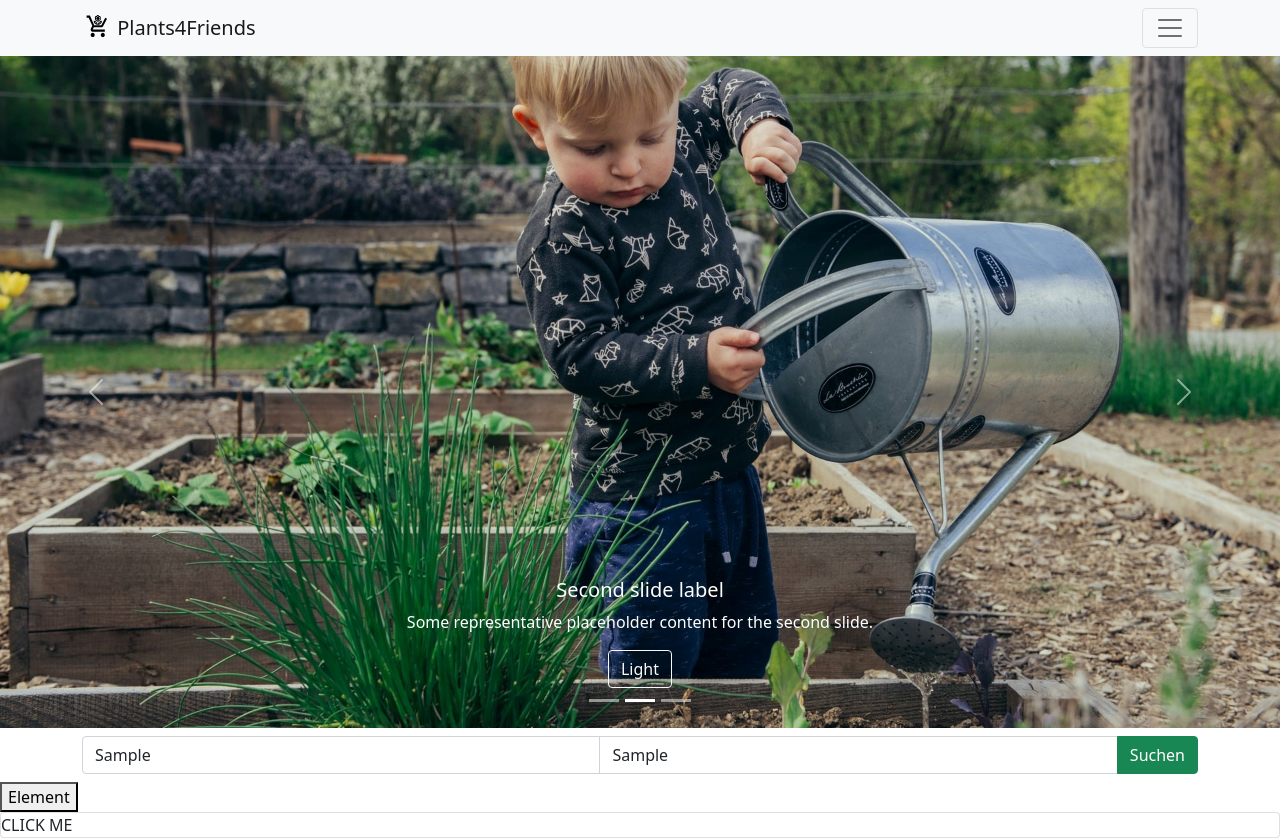
Repository: Carlson43/PlantsForFriends
Page: Website/index.html
These files come from the project's save history. The page is drawn as it stood at one moment and after the next save; the edit follows.
The browser window is 1280 px wide. The pictures show the whole page.
Empty fields were first filled with sample values (such as "Sample", 5 or name@example.com).
After loading, the first visible `button[onclick="addElement();"]` was clicked once.

Above is the page before, as saved 2022-01-03 21:40:27.
Console error: TypeError: Cannot read properties of null (reading 'style')

### Website/index.html
<!doctype html>
<html lang="en">
  <head>
      <!-- Required meta tags -->
      <meta charset="utf-8">
      <meta name="viewport" content="width=device-width, initial-scale=1">

      <!-- Referencing Backend -->
      <script src="https://code.jquery.com/jquery-3.6.0.js"> </script>
      <script src="./Backend.js"> </script>

      <!-- Bootstrap CSS -->
      <link href="https://cdn.jsdelivr.net/npm/bootstrap@5.1.3/dist/css/bootstrap.min.css" rel="stylesheet" integrity="sha384-1BmE4kWBq78iYhFldvKuhfTAU6auU8tT94WrHftjDbrCEXSU1oBoqyl2QvZ6jIW3" crossorigin="anonymous">

      <!-- Custom Carousel CSS -->
      <style>
        .img-responsive {
        max-width: 100%; /* or to whatever you want here */
        max-height: auto; /* or to whatever you want here */
      }
      </style>

    <title>Welcome @ Plants4Friends</title>
  </head>

  <body>
    <!-- Navbar -->
    <nav class="navbar navbar-light bg-light">
        <div class="container fluid">
            <!-- Navabr Logo and Brandname -->
            <a class="navbar-brand" href="#">
                <img src="./Design-Ressourcen/logo.svg" alt="" width="30" height="24" class="d-inline-block align-text-top">
                Plants4Friends
            </a>
            <!-- Toggler for Expandsion -->
            <button class="navbar-toggler" type="button" data-bs-toggle="collapse" data-bs-target="#navbarNav" aria-controls="navbarNav" aria-expanded="false" aria-label="Toggle navigation">
                <span class="navbar-toggler-icon"></span>
            </button>
            <!-- Navigation Links -->
            <div class="collapse navbar-collapse" id="navbarNav">
                <div class="navbar-nav">
                    <a class="nav-link active" aria-current="page" href="#">Home</a>
                    <a class="nav-link" href="./create.html">Anzeige erstellen</a>
                    <a class="nav-link" href="./map.html">Karte</a>
                    <a class="nav-link disabled">Disabled</a>
                </div>
            </div>
        </div>
    </nav>

    <!-- Carousel -->
    <div id="carouselExampleCaptions" class="carousel slide" data-bs-ride="carousel">
        <div class="carousel-indicators">
          <button type="button" data-bs-target="#carouselExampleCaptions" data-bs-slide-to="0" class="active" aria-current="true" aria-label="Slide 1"></button>
          <button type="button" data-bs-target="#carouselExampleCaptions" data-bs-slide-to="1" aria-label="Slide 2"></button>
          <button type="button" data-bs-target="#carouselExampleCaptions" data-bs-slide-to="2" aria-label="Slide 3"></button>
        </div>
        <div class="carousel-inner">
          <div class="carousel-item active">
            <img src="./Design-Ressourcen/Bilder/carousel02-cut.jpg" class="img-responsive" alt="...">
            <div class="carousel-caption d-none d-sm-block">
                <h5>First slide label</h5>
                <p>Some representative placeholder content for the first slide.</p>
                <button type="button" class="btn btn-primary">Primary</button>
            </div>
          </div>
          <div class="carousel-item">
            <img src="./Design-Ressourcen/Bilder/carousel03-cut.jpg" class="d-block w-100" alt="...">
            <div class="carousel-caption d-none d-sm-block">
                <h5>Second slide label</h5>
                <p>Some representative placeholder content for the second slide.</p>
                <button type="button" class="btn btn-outline-light">Light</button>
            </div>
          </div>
          <div class="carousel-item">
            <img src="./Design-Ressourcen/Bilder/carousel04-cut.jpg" class="d-block w-100" alt="...">
            <div class="carousel-caption d-none d-sm-block">
                <h5>Third slide label</h5>
                <p>Some representative placeholder content for the third slide.</p>
                <button type="button" class="btn btn-light">Light</button>
            </div>
          </div>
        </div>
        <button class="carousel-control-prev" type="button" data-bs-target="#carouselExampleCaptions" data-bs-slide="prev">
          <span class="carousel-control-prev-icon" aria-hidden="true"></span>
          <span class="visually-hidden">Previous</span>
        </button>
        <button class="carousel-control-next" type="button" data-bs-target="#carouselExampleCaptions" data-bs-slide="next">
          <span class="carousel-control-next-icon" aria-hidden="true"></span>
          <span class="visually-hidden">Next</span>
        </button>
    </div>

    <div>
      <h4></h4>
    </div>

    <!-- Input / Search Group -->
      <div class="container-md">
        <div class="input-group">
          <input type="text" placeholder="Suchbegriff eingeben" aria-label="search_term" id="search_term" class="form-control">
          <input type="text" placeholder="Ort" aria-label="search_loc" id="search_loc" class="form-control">
          <button onclick= "search_and_display();" class="btn btn-success" type="button" id="search_btn">Suchen</button>
        </div>
    </div>

    <div>
      <h1></h1>
    </div>

    <!-- Container Layout Demo -->
    <!-- <div class="container-md">
        <div class="row">
          <div class="col"> -->
                <!-- Card Anzeige -->
                <!-- <div class="card" style="width: 18rem;">
                    <img src="./Design-Ressourcen/Bilder/carrots.jpg" class="card-img-top" alt="...">
                    <div class="card-body">
                    <h5 class="card-title">Card title</h5>
                    <h6 class="card-subtitle mb-2 text-muted">Card subtitle</h6>
                    <ul class="list-group list-group-flush">
                      <li class="list-group-item">Adress</li>
                      <li class="list-group-item">Cost / Pricing</li>
                    </ul>
                    <p class="card-text">Some quick example text to build on the card title and make up the bulk of the card's content.</p>
                    <a href="#" class="btn btn-primary">Go somewhere</a>
                    </div>
                </div>
          </div>
          <div class="col"> -->
            <!-- Card Anzeige -->
            <!-- <div class="card" style="width: 18rem;">
                <img src="./Design-Ressourcen/Bilder/hand-saplings.jpg" class="card-img-top" alt="...">
                <div class="card-body">
                <h5 class="card-title" id="heading1">Card title</h5>
                <ul class="list-group list-group-flush">
                  <li class="list-group-item">Adress</li>
                  <li class="list-group-item">Cost / Pricing</li>
                </ul>
                <p class="card-text">Some quick example text to build on the card title and make up the bulk of the card's content.</p>
                <a href="#" class="btn btn-primary">Go somewhere</a>
                </div>
            </div>
          </div>
          <div class="col"> -->
            <!-- Card Anzeige -->
            <!-- <div class="card" style="width: 18rem;">
                <img src="./Design-Ressourcen/Bilder/mangold.jpg" class="card-img-top" alt="...">
                <div class="card-body">
                <h5 class="card-title">Card title</h5>
                <h6 class="card-subtitle mb-2 text-muted">Card subtitle</h6>
                <p class="card-text">Some quick example text to build on the card title and make up the bulk of the card's content.</p>
                <a href="#" class="btn btn-primary">Go somewhere</a>
                </div>
            </div>
          </div>
        </div>
    </div> -->

    <div>
      <button onclick="addElement();"> Element</button>
    </div>


    <!--Bootstrap JS-->
    <script src="https://cdn.jsdelivr.net/npm/bootstrap@5.1.3/dist/js/bootstrap.bundle.min.js" integrity="sha384-ka7Sk0Gln4gmtz2MlQnikT1wXgYsOg+OMhuP+IlRH9sENBO0LRn5q+8nbTov4+1p" crossorigin="anonymous"></script>

  </body>

<script>

</script>

</html>

### Website/Backend.js
function add()
{
    var jsonstring=  '{"Pflanze":"'+$("#jsonstring").val()+'"}';
    console.log("add"+ jsonstring);
    $.get("https://webtechlecture.appspot.com/cloudstore/add?owner=s201655&token=dMinmYeldeDsBbu0iiEIPGTPws0_&jsonstring="+encodeURI(jsonstring),function(response)
    {
    console.log(response);
    });
}

function listAllData()
{
    var jsonstring=$("#jsonstring").val();
    console.log("Hi!");
    $.get("https://webtechlecture.appspot.com/cloudstore/listobjects?owner=s201655&token=dMinmYeldeDsBbu0iiEIPGTPws0_",function(response)
    {
    console.log(response);
    });
}

function del()
{
    var jsonstring=$("#jsonstring").val();
    console.log("Del");
    $.get("https://webtechlecture.appspot.com/cloudstore/del?owner=s201655&token=dMinmYeldeDsBbu0iiEIPGTPws0_&key=1640178157404",function(response)
    {
    console.log(response);
    });
}

function addAll()
{

    var jsonstring=

    '{"Titel":"'+$("#Ad_heading").val()+'",'+
    '"Pflanzenart":"'+$("#Ad_species").val()+'",'+
    '"Beschreibung":"'+$("#Ad_description").val()+'",'+
    '"Email":"'+$("#Ad_email").val()+

    '"}';
    console.log("add"+ jsonstring);
    $.get("https://webtechlecture.appspot.com/cloudstore/add?owner=s201655&token=dMinmYeldeDsBbu0iiEIPGTPws0_&jsonstring="+encodeURI(jsonstring),function(response)
    {
    console.log(response);
    });
}

function spec()
{
    var specvar =
    $.get('https://webtechlecture.appspot.com/cloudstore/ ?owner=s201655&token=dMinmYeldeDsBbu0iiEIPGTPws0_&jsonstring={"Pflanzen":"Lillie"}',function(response)
    {
    console.log(response);
    });
}

function search()
{
    var nam = String($("#search_term").val())
    var dat = []
    var data = []
    $.get("https://webtechlecture.appspot.com/cloudstore/listobjects?owner=s201655&token=dMinmYeldeDsBbu0iiEIPGTPws0_",function(response)
    {
        for (var i = 0; i < response.length; i++)
        data.push(response[i]);

        for (var i = 0; i < data.length; i++)
        {
            if (data[i].jsonstring.Pflanze == nam)
            {
                // console.log(data[i].jsonstring);
                dat.push(data[i].jsonstring);
            }

            else if(data[i].jsonstring.Name == nam)
            {
                // console.log(data[i].jsonstring);
                dat.push(data[i].jsonstring);
            }

            else if(data[i].jsonstring.Nachname == nam)
            {
                // console.log(data[i].jsonstring);
                dat.push(data[i].jsonstring);
            }

            else if(data[i].jsonstring.Straße == nam)
            {
                // console.log(data[i].jsonstring);
                dat.push(data[i].jsonstring);
            }
            else if(data[i].jsonstring.Titel == nam)
            {
                // console.log(data[i].jsonstring);
                dat.push(data[i].jsonstring);
            }
        };
    });
};

function search_and_display()
{
    var nam = String($("#search_term").val())
    var dat = []
    var data = []
    $.get("https://webtechlecture.appspot.com/cloudstore/listobjects?owner=s201655&token=dMinmYeldeDsBbu0iiEIPGTPws0_",function(response)
    {
        for (var i = 0; i < response.length; i++)
        data.push(response[i]);

        for (var i = 0; i < data.length; i++)
        {
            if (data[i].jsonstring.Pflanzenart == nam
                ||data[i].jsonstring.Email == nam
                ||data[i].jsonstring.Beschreibung == nam
                ||data[i].jsonstring.Titel == nam)
            {
                dat.push(data[i].jsonstring);
                var heading1 = document.getElementById("heading1");
                heading1.firstChild.nodeValue = dat[0].Titel;

            }

        };
    });
}

function addElement(){

    var btn = document.createElement("div");
    btn.className = 'card';
    btn.innerHTML = "CLICK ME";
    document.body.appendChild(btn);
    document.getElementById("btn").style.width = "300px";

}

After the next save:
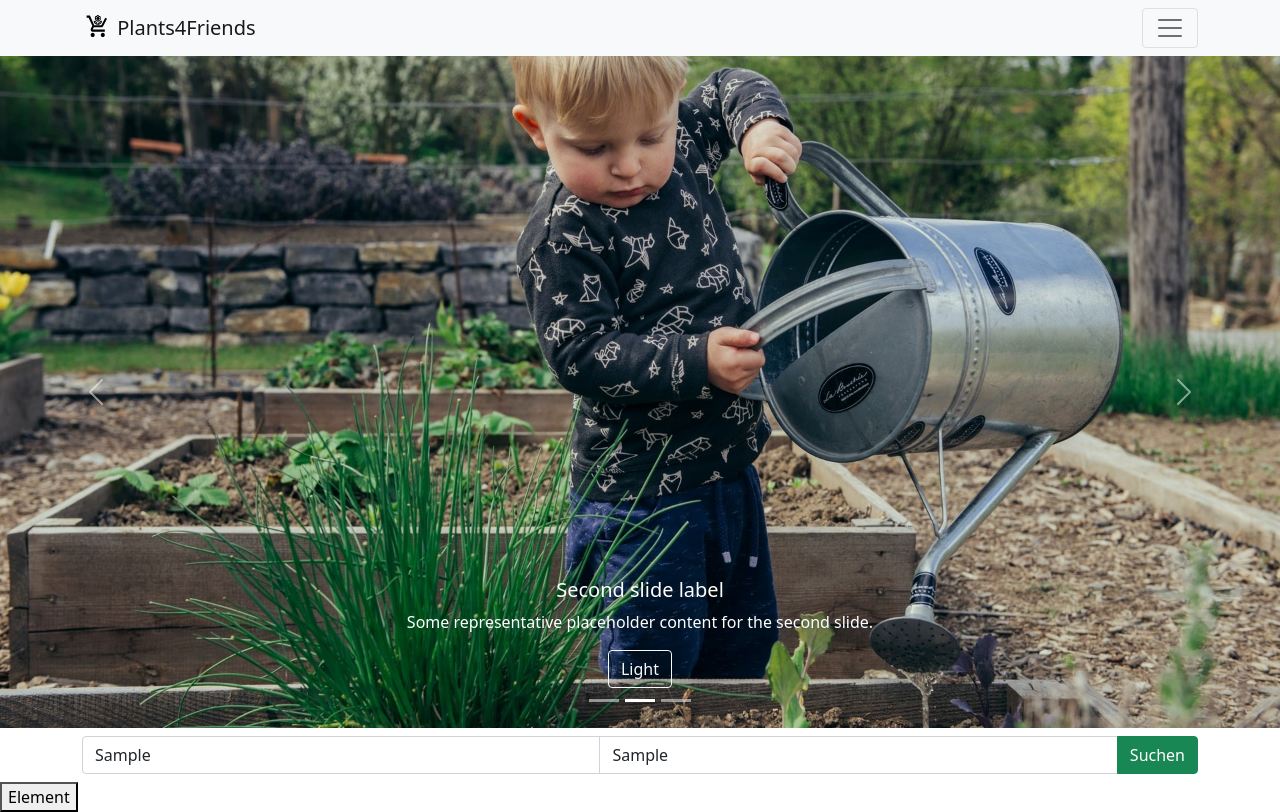
Console error: ReferenceError: btnn is not defined
Saved 24 s later.
--- a/Website/Backend.js
+++ b/Website/Backend.js
@@ -131,7 +131,7 @@
     var btn = document.createElement("div");
     btn.className = 'card';
     btn.innerHTML = "CLICK ME";
-    document.body.appendChild(btn);
-    document.getElementById("btn").style.width = "300px";
+    document.body.appendChild(btnn);
+    document.getElementById("btnn").style.width = "300px";
 
 }

After the save that followed:
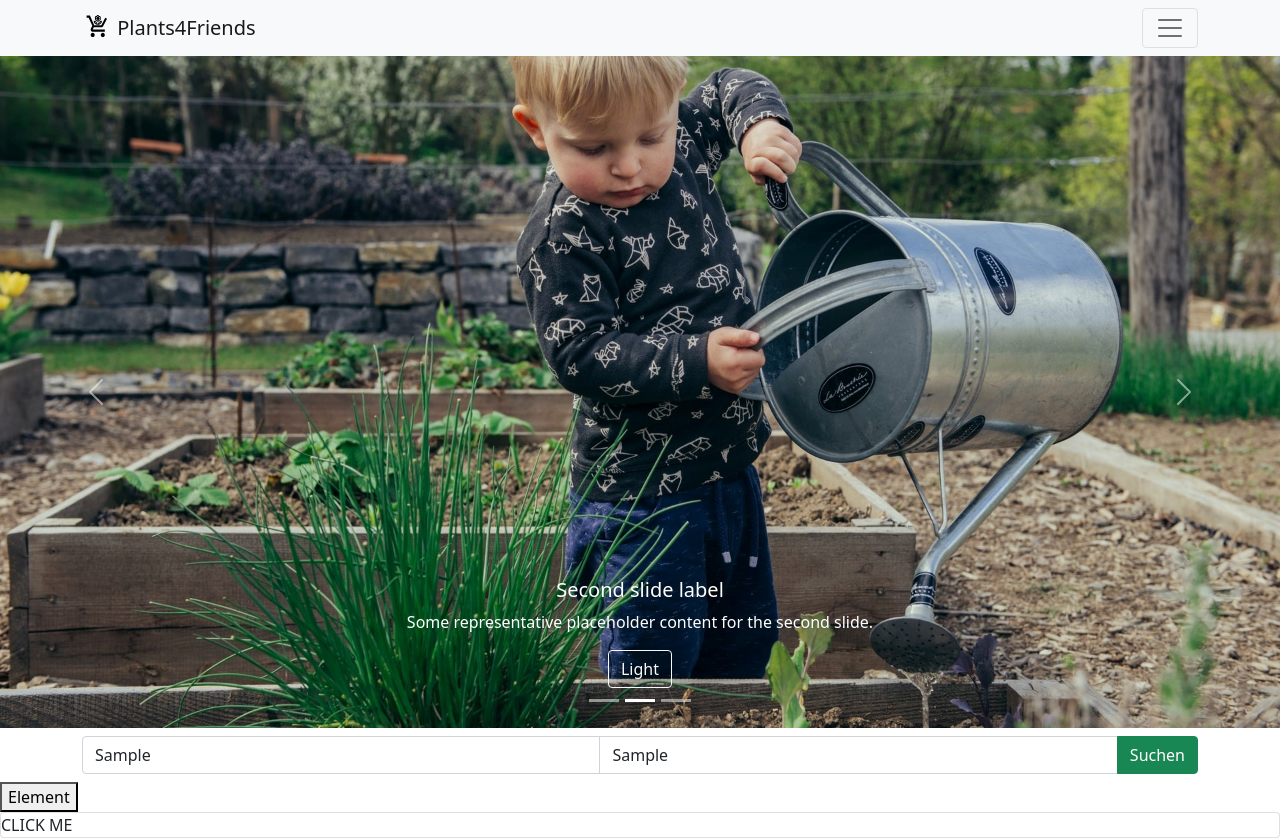
Console error: TypeError: Cannot read properties of null (reading 'style')
Saved 22 s later.
--- a/Website/Backend.js
+++ b/Website/Backend.js
@@ -131,7 +131,7 @@
     var btn = document.createElement("div");
     btn.className = 'card';
     btn.innerHTML = "CLICK ME";
-    document.body.appendChild(btnn);
-    document.getElementById("btnn").style.width = "300px";
+    document.body.appendChild(btn);
+    document.getElementById("btn").style.width = "300px";
 
 }
